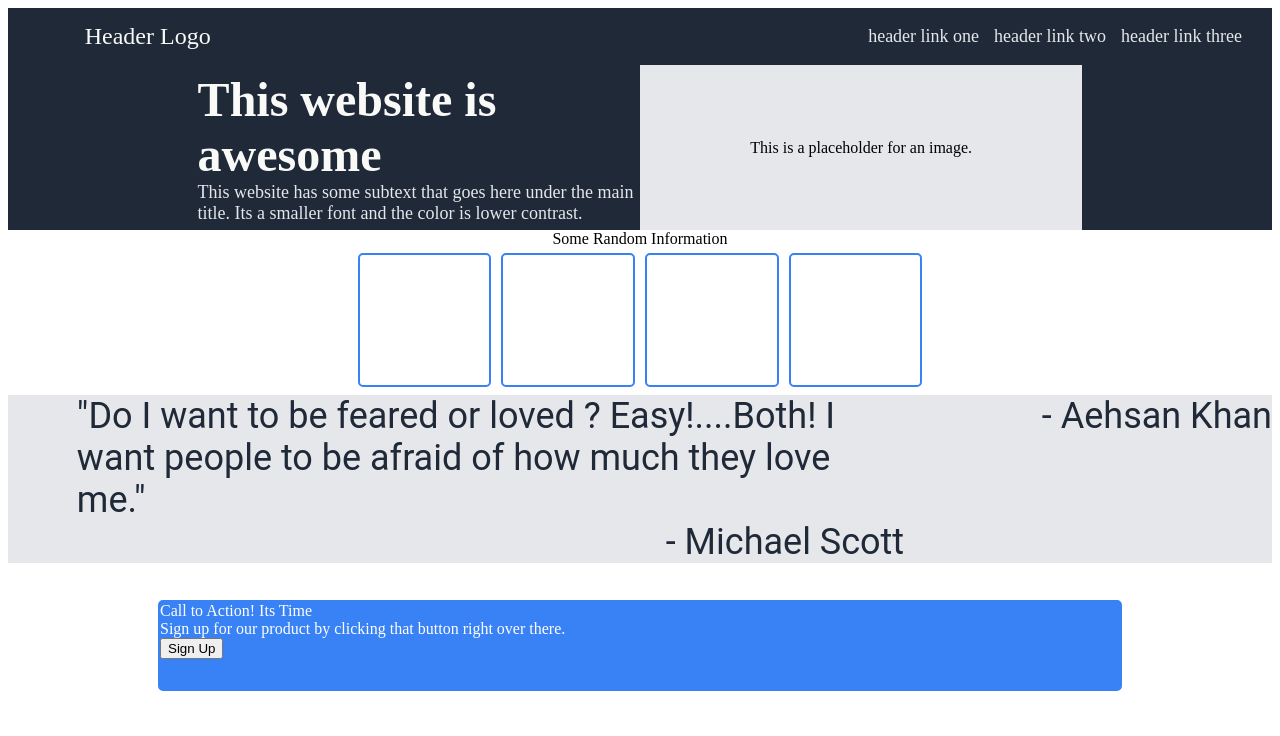
Repository: Aehsan4004/odinlandpage
Page: index.html
These files come from the project's save history. The page is drawn as it stood at one moment and after the next save; the edit follows.
The browser window is 1280 px wide. The pictures show the whole page.

Above is the page before, as saved 2025-02-11 08:06:18.

After the next save:
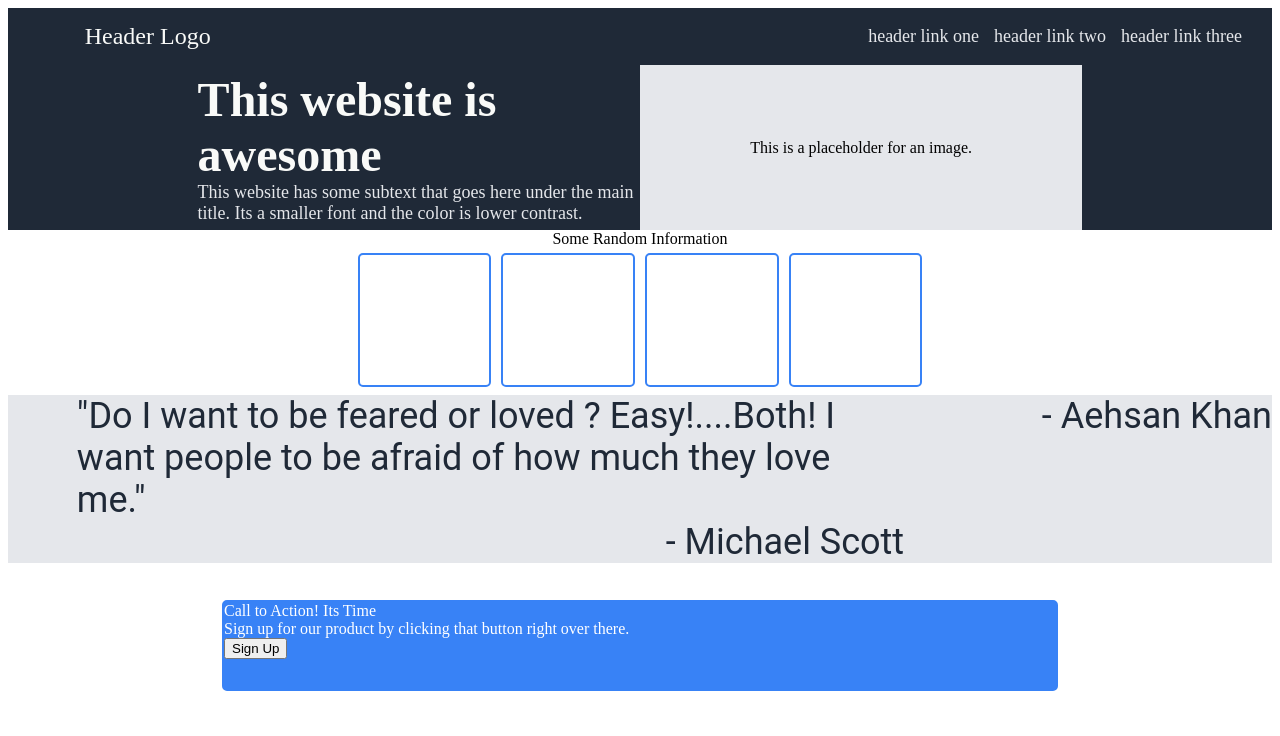
Saved 4 min 13 s later.
--- a/styles.css
+++ b/styles.css
@@ -132,7 +132,7 @@ ul {
     background-color: #3882f6;
     color: white;
     height: 12vh;
-    width: 75vw;
+    width: 65vw;
     border: 2px solid #3882f6;
     border-radius: 5px;
 }
